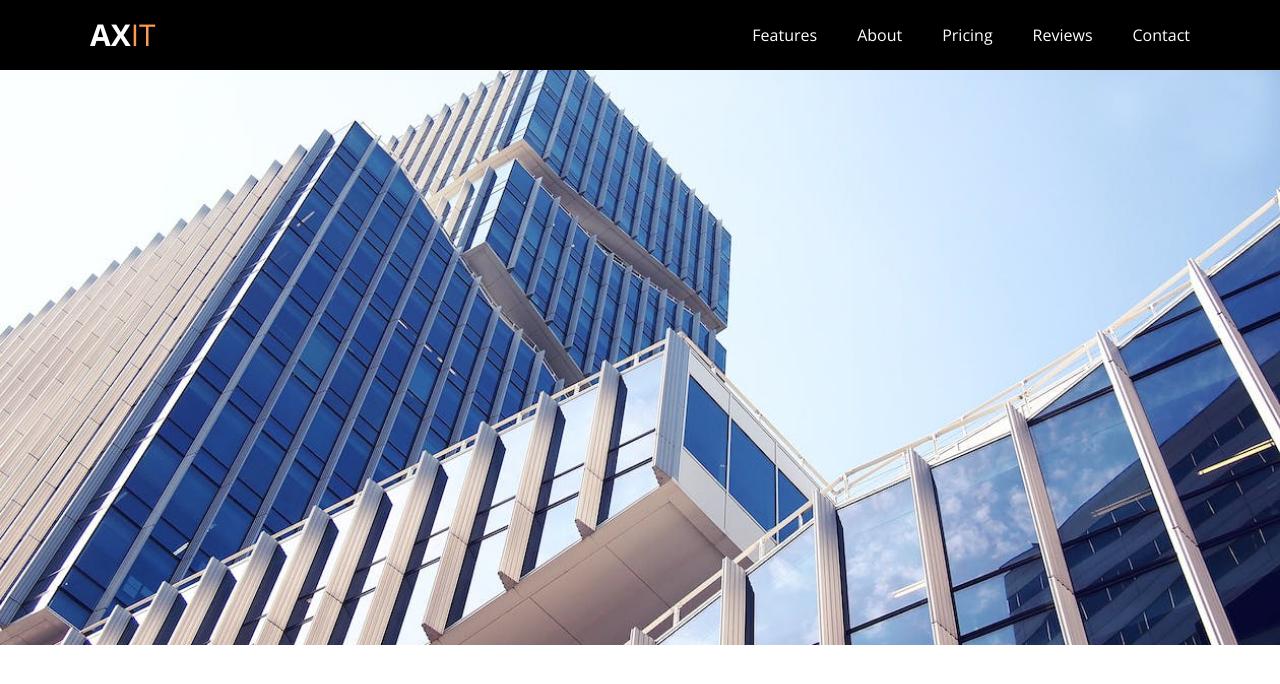
Repository: dinhtri123/axureThems
Page: index.html
The author's editor kept a copy of each file at every save. The page is drawn from the files as they stood at one save, then again after the next save.
The browser window is 1280 px wide. The pictures show the whole page.

Above is the page before, as saved 2023-02-11 15:06:10.

After the next save:
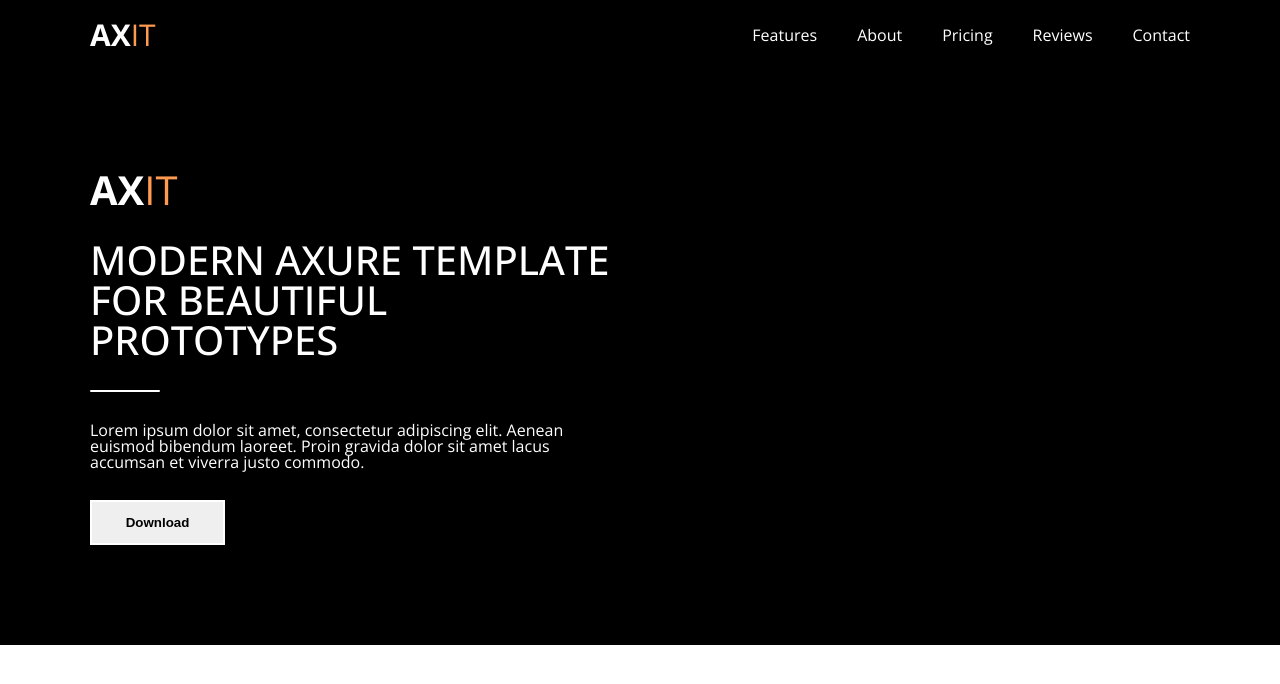
Saved 23 s later.
--- a/style.css
+++ b/style.css
@@ -76,7 +76,7 @@
   width: 100%;
   height: 100%;
   opacity: 50;
-  z-index: 1;
+  z-index: -1;
 }
 .imageBanner img {
   width: 100%;

After the save that followed:
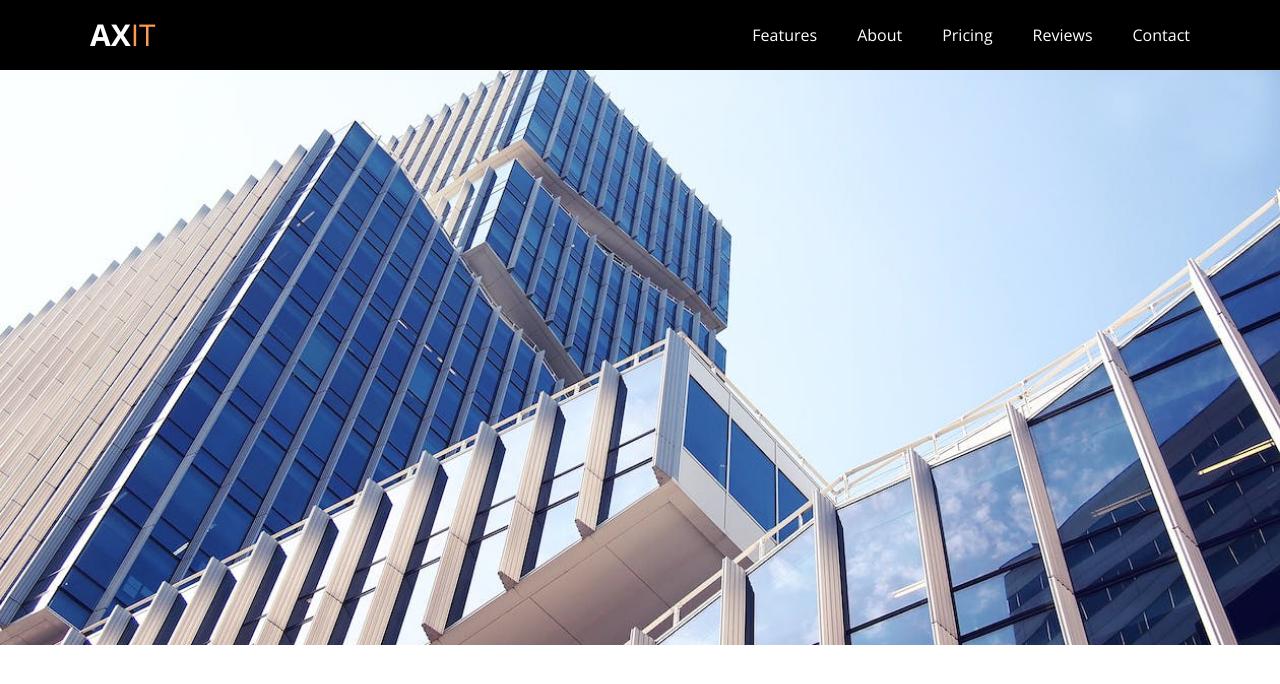
Saved 7 s later.
--- a/style.css
+++ b/style.css
@@ -76,7 +76,7 @@
   width: 100%;
   height: 100%;
   opacity: 50;
-  z-index: -1;
+  z-index: 0;
 }
 .imageBanner img {
   width: 100%;
